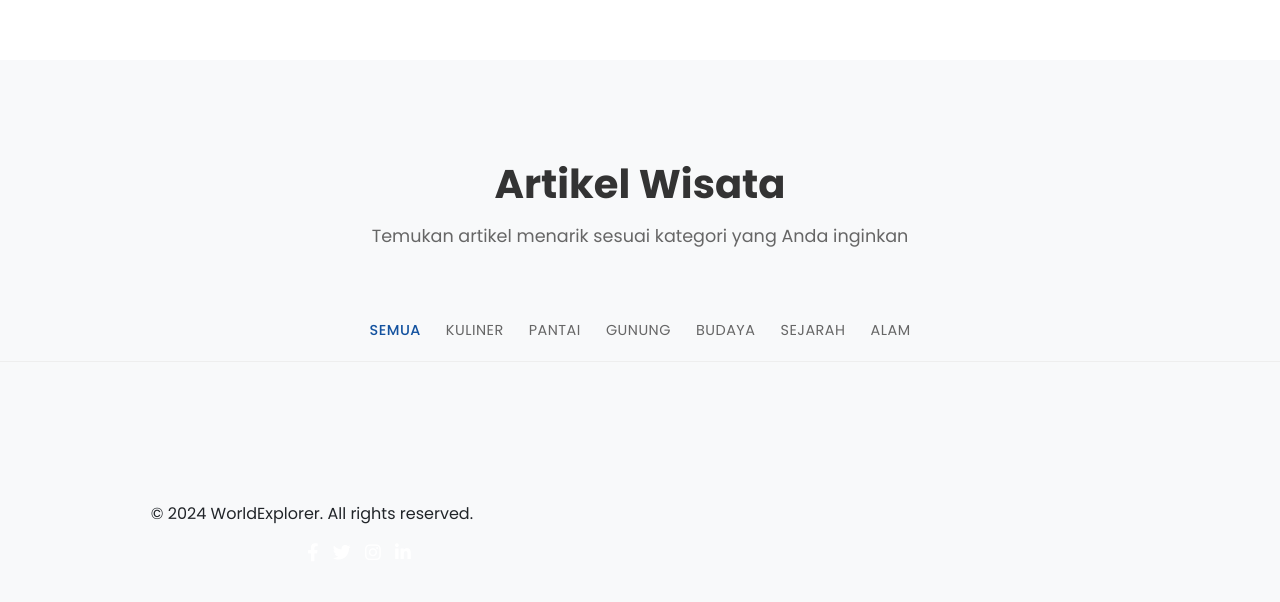
Repository: jalssonn/UAS_FRONTEND_NEW
Page: frontend/index.html
The author's editor kept a copy of each file at every save. The page is drawn from the files as they stood at one save, then again after the next save.
The browser window is 1280 px wide. The pictures show the part of the page from y = 3750 to 4352 px (the page is 4352 px tall before and 4336 px after).
A picture or video elsewhere on the page could not be fetched, so the positions and the page height are approximate. The page's requests for data from a server got no answer.

Above is the page before, as saved 2024-12-06 04:00:35.

### frontend/index.html
<!DOCTYPE html>
<html ng-app="articleApp">
<head>
    <title>WorldExplorer</title>
    <!-- Fonts -->
    <link href="https://fonts.googleapis.com/css2?family=Poppins:wght@400;500;600;700&display=swap" rel="stylesheet">

    <!-- Dependencies -->
    <script src="https://ajax.googleapis.com/ajax/libs/angularjs/1.8.2/angular.min.js"></script>
    <link href="https://cdn.jsdelivr.net/npm/bootstrap@5.1.3/dist/css/bootstrap.min.css" rel="stylesheet">
    <link rel="stylesheet" href="https://cdnjs.cloudflare.com/ajax/libs/font-awesome/5.15.4/css/all.min.css">

    <!-- Custom CSS -->
    <link rel="stylesheet" href="styles/main.css">
</head>
<body>
    <div ng-controller="ArticleController">
        <!-- Navbar -->
        <nav class="navbar navbar-expand-lg">
            <div class="container">
                <a class="navbar-brand" href="#">
                    <i class="fas fa-globe-asia me-2"></i>WorldExplorer
                </a>
                <div class="d-flex align-items-center">
                    <div ng-if="isLoggedIn()">
                        <a href="profile.html" class="btn btn-light me-2">
                            <i class="fas fa-user"></i> {{user.username}}
                        </a>
                        <a href="/admin/dashboard.html" class="btn btn-primary me-2" ng-if="user.role === 'admin'">
                            Admin Dashboard
                        </a>
                        <button class="btn btn-outline-light" ng-click="logout()">Logout</button>
                    </div>
                    <div ng-if="!isLoggedIn()">
                        <a href="login.html" class="btn btn-outline-light me-2">Login</a>
                        <a href="register.html" class="btn btn-light">Register</a>
                    </div>
                </div>
            </div>
        </nav>

        <!-- Hero Section with Carousel Background -->
        <div class="hero-section">
            <div class="carousel-background"
                 ng-repeat="image in backgroundImages"
                 ng-style="{'background-image': 'url(' + image + ')'}"
                 ng-class="{'active': $index === currentBackgroundIndex, 'prev': $index === prevBackgroundIndex}">
                <div class="overlay"></div>
            </div>

            <div class="hero-content">
                <h1>WorldExplorer</h1>
                <p>Temukan destinasi wisata impian Anda dari berbagai penjuru dunia</p>

                <!-- Search Box -->
                <div class="search-container">
                    <form ng-submit="searchArticles()" class="search-form">
                        <div class="search-wrapper">
                            <input type="text"
                                   ng-model="searchQuery"
                                   placeholder="Cari destinasi wisata impian Anda..."
                                   class="search-input"
                                   required>
                            <button type="submit" class="search-button">
                                <i class="fas fa-search"></i>
                            </button>
                        </div>
                    </form>
                </div>
            </div>
        </div>

        <!-- Why WorldExplorer Section -->
        <div class="why-aviatour-section">
            <h2 class="section-title">Why WorldExplorer</h2>

            <div class="features-container">
                <div class="feature-item">
                    <div class="feature-content">
                        <h3>Penyedia Perjalanan Terbaik</h3>
                        <p>Kami berkomitmen menjadikan setiap liburan Anda penuh cerita berharga...</p>
                    </div>
                    <div class="feature-image">
                        <img src="images/feature-1.jpg" alt="Penyedia Perjalanan Terbaik">
                    </div>
                </div>

                <div class="feature-item reverse">
                    <div class="feature-content">
                        <h3>Layanan Agen Berpengalaman</h3>
                        <p>Dengan jam terbang yang tinggi, tim kami siap memberikan solusi terbaik...</p>
                    </div>
                    <div class="feature-image">
                        <img src="images/feature-2.jpg" alt="Layanan Agen Berpengalaman">
                    </div>
                </div>

                <div class="feature-item">
                    <div class="feature-content">
                        <h3>Pelayanan Premium dan Personal</h3>
                        <p>Rasakan perbedaan dengan pelayanan terbaik dan personal yang kami tawarkan...</p>
                    </div>
                    <div class="feature-image">
                        <img src="images/feature-3.jpg" alt="Pelayanan Premium">
                    </div>
                </div>

                <div class="feature-item reverse">
                    <div class="feature-content">
                        <h3>Nikmati Liburan Tanpa Beban</h3>
                        <p>Rasakan kebebasan sejati saat berlibur! Dengan pelayanan menyeluruh di setiap aspek...</p>
                    </div>
                    <div class="feature-image">
                        <img src="images/feature-4.jpg" alt="Liburan Tanpa Beban">
                    </div>
                </div>
            </div>
        </div>

        <!-- Loading State -->
        <div ng-if="loading" class="loading-spinner">
            <i class="fas fa-spinner fa-spin fa-2x"></i>
            <p>Memuat artikel...</p>
        </div>

        <!-- Error Message -->
        <div ng-if="error" class="alert alert-danger">
            <i class="fas fa-exclamation-circle me-2"></i>{{error}}
        </div>

        <!-- Travel Tips Section -->
        <div class="travel-tips-section">
            <div class="section-header">
                <h2>Travel Tips</h2>
                <p>Kiat-kiat perjalanan untuk pengalaman wisata yang lebih baik</p>
            </div>

            <button class="travel-nav-btn prev" ng-click="prevTip()">
                <i class="fas fa-chevron-left"></i>
            </button>
            <button class="travel-nav-btn next" ng-click="nextTip()">
                <i class="fas fa-chevron-right"></i>
            </button>

            <div class="travel-tips-container">
                <div class="tip-card" ng-repeat="tip in travelTips">
                    <img ng-src="{{tip.image}}" alt="{{tip.title}}">
                    <div class="tip-content">
                        <h3 class="tip-title">{{tip.title}}</h3>
                        <a href="{{tip.link}}" class="tip-link">
                            SEE MORE <i class="fas fa-arrow-right"></i>
                        </a>
                    </div>
                </div>
            </div>
        </div>

        <!-- Filter Section -->
        <div class="filter-title-section">
            <h2>Artikel Wisata</h2>
            <p>Temukan artikel menarik sesuai kategori yang Anda inginkan</p>
        </div>

        <div class="filter-section">
            <div class="category-list">
                <button class="category-btn"
                        ng-class="{'active': filter.category === ''}"
                        ng-click="filterByCategory('')">
                    Semua
                </button>
                <button class="category-btn"
                        ng-repeat="category in categories"
                        ng-class="{'active': filter.category === category}"
                        ng-click="filterByCategory(category)">
                    {{category}}
                </button>
            </div>
        </div>

        <!-- Articles List -->
        <div class="article-container">
            <div class="article-card" ng-repeat="article in articles">
                <img ng-src="{{article.image}}" alt="{{article.title}}" class="article-image">
                <div class="article-content">
                    <h3 class="article-title">{{article.title}}</h3>
                    <p class="article-description">{{article.content | truncate:100}}</p>
                    <div class="article-meta">
                        <span class="category">
                            <i class="fas fa-tag"></i> {{article.category}}
                        </span>
                        <span class="country">
                            <i class="fas fa-globe"></i> {{article.country}}
                        </span>
                    </div>
                    <button class="read-more-btn" ng-click="readMore(article)">
                        Baca Selengkapnya
                    </button>
                </div>
            </div>
        </div>

        <!-- View More Articles -->
        <div class="view-more-container" ng-if="articles.length > 0">
            <button class="view-more-btn" ng-click="viewAllArticles()">
                View More Articles <i class="fas fa-arrow-right"></i>
            </button>
        </div>

        <!-- Footer Section -->
        <footer class="footer">
            <div class="container">
                <div class="row justify-content-center">
                    <div class="col-auto text-center">
                        <p>&copy; 2024 WorldExplorer. All rights reserved.</p>
                    </div>
                    <div class="col-md-6 text-md-end">
                        <ul class="social-links">
                            <li><a href="#" class="fab fa-facebook-f"></a></li>
                            <li><a href="#" class="fab fa-twitter"></a></li>
                            <li><a href="#" class="fab fa-instagram"></a></li>
                            <li><a href="#" class="fab fa-linkedin-in"></a></li>
                        </ul>
                    </div>
                </div>
            </div>
        </footer>

    </div>

    <script src="script.js"></script>
</body>
</html>

### frontend/styles/main.css
/* Layout & General Styles */
body {
    background-color: #f8f9fa;
    font-family: 'Poppins', sans-serif;
}

.content-wrapper {
    padding: 40px 0;
    background-color: #ffffff;
    min-height: 100vh;
}

.section-title {
    color: #1e3c72;
    font-weight: 700;
    margin-bottom: 2rem;
    text-align: center;
    position: relative;
    padding-bottom: 15px;
}

.section-title:after {
    content: '';
    position: absolute;
    bottom: 0;
    left: 50%;
    transform: translateX(-50%);
    width: 50px;
    height: 3px;
    background: #1e3c72;
}

/* Navbar Styling */
.navbar {
    background: linear-gradient(to right, #1e3c72, #2a5298) !important;
    box-shadow: 0 4px 6px rgba(0,0,0,0.1);
    padding: 1rem 0;
}

.navbar-brand {
    font-size: 1.5rem;
    font-weight: 700;
    color: white !important;
}

.navbar .btn {
    border-radius: 20px;
    padding: 8px 20px;
    transition: all 0.3s ease;
}

.navbar .btn-outline-primary {
    border-color: white;
    color: white !important;
}

.navbar .btn-outline-primary:hover {
    background-color: white;
    color: #1e3c72 !important;
}

/* Card Styling */
.card {
    border: none;
    border-radius: 15px;
    transition: all 0.3s ease;
    box-shadow: 0 4px 6px rgba(0,0,0,0.1);
    overflow: hidden;
}

.card:hover {
    transform: translateY(-5px);
    box-shadow: 0 8px 15px rgba(0,0,0,0.2);
}

.card-img-top {
    height: 200px;
    object-fit: cover;
    transition: transform 0.3s ease;
}

.card:hover .card-img-top {
    transform: scale(1.05);
}

.card-body {
    padding: 1.5rem;
}

.card-title {
    color: #1e3c72;
    font-weight: 600;
    margin-bottom: 1rem;
}

/* Category Badge */
.category-badge {
    background: linear-gradient(to right, #1e3c72, #2a5298);
    color: white;
    padding: 6px 15px;
    border-radius: 20px;
    font-size: 0.85em;
    font-weight: 500;
    display: inline-block;
    margin-bottom: 12px;
    box-shadow: 0 2px 4px rgba(30,60,114,0.2);
}

/* Filter Section */
.filter-card {
    background: white;
    border-radius: 15px;
    padding: 20px;
    margin-bottom: 30px;
    margin-top: 100px;
    box-shadow: 0 4px 6px rgba(0,0,0,0.05);
}

.form-select {
    border-radius: 10px;
    padding: 10px;
    border-color: #e0e0e0;
}

.form-select:focus {
    border-color: #1e3c72;
    box-shadow: 0 0 0 0.2rem rgba(30,60,114,0.25);
}



/* Loading State */
.loading-spinner {
    text-align: center;
    padding: 40px;
    color: #1e3c72;
}

/* Error Message */
.alert-danger {
    border-radius: 10px;
    border: none;
    background-color: #fff5f5;
    color: #dc3545;
    padding: 15px 20px;
}

/* Responsive Adjustments */
@media (max-width: 768px) {
    .card-img-top {
        height: 180px;
    }

    .content-wrapper {
        padding: 20px 0;
    }

    .section-title {
        font-size: 1.5rem;
    }
}

/* Container untuk grid artikel */
.article-container {
    display: grid;
    grid-template-columns: repeat(3, 1fr); /* 3 kolom dengan lebar yang sama */
    gap: 20px;
    padding: 60px;
}

/* Style untuk setiap card artikel */
.article-card {
    background: white;
    border-radius: 15px;
    overflow: hidden;
    box-shadow: 0 4px 15px rgba(0, 0, 0, 0.1);
    transition: transform 0.3s ease;
    margin-bottom: 20px;
}

.article-card:hover {
    transform: translateY(-5px);
}

.article-image {
    width: 100%;
    height: 200px;
    object-fit: cover;
}

.article-content {
    padding: 20px;
}

.article-title {
    font-size: 1.2rem;
    font-weight: 600;
    margin-bottom: 10px;
    color: #333;
}

.article-description {
    font-size: 0.9rem;
    color: #666;
    line-height: 1.5;
    margin-bottom: 15px;
}

.article-meta {
    display: flex;
    gap: 15px;
    margin-bottom: 15px;
    font-size: 0.85rem;
    color: #666;
}

.article-meta span {
    display: flex;
    align-items: center;
    gap: 5px;
}

.article-meta i {
    color: #2196F3;
}

.read-more-btn {
    background: linear-gradient(45deg, #2196F3, #00BCD4);
    color: white;
    border: none;
    padding: 8px 15px;
    border-radius: 20px;
    font-size: 0.9rem;
    cursor: pointer;
    transition: all 0.3s ease;
}

.read-more-btn:hover {
    background: linear-gradient(45deg, #1976D2, #0097A7);
    transform: translateY(-2px);
}

/* Responsive design */
@media (max-width: 768px) {
    .article-image {
        height: 150px;
    }

    .article-content {
        padding: 15px;
    }

    .article-title {
        font-size: 1.1rem;
    }
}

/* Hero Section dengan Slide Carousel */
.hero-section {
    position: relative;
    min-height: 100vh;
    display: flex;
    align-items: center;
    justify-content: center;
    overflow: hidden;
}

.carousel-background {
    position: absolute;
    top: 0;
    left: 0;
    width: 100%;
    height: 100%;
    background-size: cover;
    background-position: center;
    opacity: 0;
    transition: all 1s ease;
    transform: translateX(100%);
}

.carousel-background.active {
    opacity: 1;
    transform: translateX(0);
}

.carousel-background.prev {
    opacity: 1;
    transform: translateX(-100%);
}

.overlay {
    position: absolute;
    top: 0;
    left: 0;
    width: 100%;
    height: 100%;
    background: rgba(44, 44, 84, 0.7);
}

.hero-content {
    position: relative;
    z-index: 2;
    text-align: center;
    max-width: 800px;
    padding: 0 20px;
    color: white;
}
.hero-content h1 {
    font-size: 3rem;
    font-weight: 700; /* Ubah font-weight menjadi lebih tebal */
    color: white;
    margin-bottom: 20px;
}

.hero-content p {
    font-size: 1.2rem;
    font-weight: 500; /* Sesuaikan font-weight untuk paragraf */
    color: white;
}

/* Tambahkan indikator dots */
.carousel-dots {
    position: absolute;
    bottom: 20px;
    left: 50%;
    transform: translateX(-50%);
    display: flex;
    gap: 10px;
    z-index: 3;
}

.dot {
    width: 10px;
    height: 10px;
    border-radius: 50%;
    background: rgba(255, 255, 255, 0.5);
    cursor: pointer;
    transition: all 0.3s ease;
}

.dot.active {
    background: white;
    transform: scale(1.2);
}

/* Search Box Styling */
.search-container {
    width: 100%;
    max-width: 600px;
    margin: 2rem auto;
    padding: 0 20px;
}

/* Wrapper untuk efek hover */
.search-wrapper {
    position: relative;
    display: flex;
    align-items: center;
    background: rgba(255, 255, 255, 0.95);
    border-radius: 50px;
    padding: 5px;
    box-shadow: 0 4px 15px rgba(0, 0, 0, 0.2);
    transition: all 0.3s ease;
}

.search-wrapper:hover {
    transform: translateY(-2px);
    box-shadow: 0 8px 25px rgba(0, 0, 0, 0.3);
}

/* Input pencarian */
.search-input {
    width: 100%;
    padding: 15px 25px;
    font-size: 1.1rem;
    border: none;
    background: transparent;
    color: #333;
    outline: none;
    transition: all 0.3s ease;
}

.search-input::placeholder {
    color: #888;
    transition: all 0.3s ease;
}

.search-input:focus::placeholder {
    opacity: 0.5;
}

/* Tombol submit */
.search-button {
    background: linear-gradient(45deg, #2196F3, #00BCD4);
    border: none;
    width: 50px;
    height: 50px;
    border-radius: 50%;
    display: flex;
    align-items: center;
    justify-content: center;
    cursor: pointer;
    transition: all 0.3s ease;
    margin-right: 5px;
}

.search-button:hover {
    transform: rotate(360deg);
    background: linear-gradient(45deg, #1976D2, #0097A7);
}

.search-button i {
    color: white;
    font-size: 1.2rem;
}

/* Animasi loading saat pencarian */
.search-wrapper.loading .search-button {
    animation: pulse 1.5s infinite;
}

@keyframes pulse {
    0% {
        transform: scale(1);
    }
    50% {
        transform: scale(1.1);
    }
    100% {
        transform: scale(1);
    }
}

/* Responsive design */
@media (max-width: 768px) {
    .search-container {
        max-width: 100%;
        padding: 0 15px;
    }

    .search-input {
        font-size: 1rem;
        padding: 12px 20px;
    }

    .search-button {
        width: 45px;
        height: 45px;
    }
}

/* Efek focus */
.search-wrapper:focus-within {
    box-shadow: 0 0 0 3px rgba(33, 150, 243, 0.3);
}

/* Animasi ketika form muncul */
.search-container {
    animation: slideDown 0.5s ease-out;
}

@keyframes slideDown {
    from {
        opacity: 0;
        transform: translateY(-20px);
    }
    to {
        opacity: 1;
        transform: translateY(0);
    }
}

/* Reset default margin/padding */
body, html {
    margin: 0;
    padding: 0;
    height: 100%;
}

/* Responsive Design */
@media (max-width: 768px) {
    .hero-content h1 {
        font-size: 2.5rem;
    }

    .hero-content p {
        font-size: 1rem;
    }

    .search-input {
        padding: 15px 50px;
        font-size: 1rem;
    }
}

/* Filter Section Styling */
.filter-section {
    padding: 15px 0;
    border-bottom: 1px solid #eee;
    text-align: center;
    margin-top: 50px;
}

.category-list {
    max-width: 1200px;
    margin: 0 auto;
    padding: 0 20px;
    display: flex;
    gap: 25px;
    align-items: center;
    justify-content: center;
}

.category-btn {
    background: none;
    border: none;
    padding: 5px 0;
    color: #666;
    font-size: 0.9rem;
    cursor: pointer;
    transition: color 0.3s ease;
    text-transform: uppercase;
    letter-spacing: 0.5px;
}

.category-btn:hover {
    color: #13529f;
}

.category-btn.active {
    color: #13529f;;
    font-weight: 500;
}

/* Styling untuk judul */
.filter-title-section {
    text-align: center;
    margin-bottom: 30px;
    margin-top: 100px;
}

.filter-title-section h2 {
    font-size: 2.5rem;  /* Ukuran font diperbesar */
    color: #333;
    margin-bottom: 15px;
    font-weight: 700;   /* Font weight ditambah */
}

.filter-title-section p {
    color: #666;
    font-size: 1.1rem;  /* Ukuran font deskripsi diperbesar sedikit */
    font-weight: 400;   /* Font weight normal untuk deskripsi */
}

/* View More Button Styling */
.view-more-container {
    text-align: center;
    margin: 40px 0;
    padding: 20px;
}

.view-more-btn {
    background: linear-gradient(45deg, #2196F3, #00BCD4);
    color: white;
    border: none;
    padding: 12px 30px;
    border-radius: 25px;
    font-size: 1rem;
    cursor: pointer;
    transition: all 0.3s ease;
    box-shadow: 0 4px 15px rgba(0, 0, 0, 0.1);
    display: inline-flex;
    align-items: center;
    gap: 10px;
}

.view-more-btn:hover {
    background: linear-gradient(45deg, #1976D2, #0097A7);
    transform: translateY(-2px);
    box-shadow: 0 6px 20px rgba(0, 0, 0, 0.15);
}

.view-more-btn i {
    transition: transform 0.3s ease;
}

.view-more-btn:hover i {
    transform: translateX(5px);
}

/* Pagination */
.pagination {
    justify-content: center;
}

.pagination .page-link {
    color: #1e3c72;
    border: none;
    padding: 10px 15px;
    margin: 0 5px;
    border-radius: 5px;
    transition: all 0.3s ease;
}

.pagination .page-link:hover {
    background-color: #e9ecef;
}

.pagination .active .page-link {
    background-color: #1e3c72;
    color: white;
}

/* Back Button in Navbar */
.back-button {
    background: none;
    color: white;
    border: none;
    padding: 8px 16px;
    border-radius: 8px;
    font-size: 16px;
    cursor: pointer;
    transition: all 0.3s ease;
    display: inline-flex;
    align-items: center;
    gap: 8px;
    margin-right: auto; /* Agar tombol berada di sebelah kiri */
}

.back-button:hover {
    background: rgba(255, 255, 255, 0.1);
}

/* Travel Tips Section */
.travel-tips-section {
    position: relative;
    padding: 80px 60px;
    background-color: #ffffff;
    overflow: hidden;
}

.section-header {
    text-align: center;
    margin-bottom: 50px;
}

.section-header h2 {
    font-size: 2.5rem;
    color: #1e3c72;
    margin-bottom: 15px;
    font-weight: 700;
}

.section-header p {
    color: #666;
    font-size: 1.1rem;
}

.travel-tips-container {
    position: relative;
    overflow: hidden;
    display: flex;
    gap: 20px;
    max-width: 1200px;
    margin: 0 auto;
    overflow-x: auto;
    padding: 20px 0;
    scrollbar-width: none; /* Firefox */
    -ms-overflow-style: none; /* IE and Edge */
}

.travel-tips-container::-webkit-scrollbar {
    display: none; /* Chrome, Safari and Opera */
}

.tip-card {
    min-width: 300px;
    height: 400px;
    position: relative;
    border-radius: 15px;
    overflow: hidden;
    flex-shrink: 0;
}

.tip-card img {
    width: 100%;
    height: 100%;
    object-fit: cover;
    transition: transform 0.3s ease;
}

.tip-card:hover img {
    transform: scale(1.05);
}

.tip-content {
    position: absolute;
    bottom: 0;
    left: 0;
    right: 0;
    padding: 20px;
    background: linear-gradient(to top, rgba(0,0,0,0.8), transparent);
    color: white;
}

.tip-title {
    font-size: 1.5rem;
    font-weight: 700;
    margin-bottom: 10px;
    text-transform: uppercase;
}

.tip-link {
    color: white;
    text-decoration: none;
    font-weight: 500;
    display: inline-flex;
    align-items: center;
    gap: 5px;
    transition: all 0.3s ease;
}

.tip-link:hover {
    gap: 10px;
}

@media (max-width: 768px) {
    .travel-tips-section {
        padding: 40px 20px;
    }

    .section-header h2 {
        font-size: 2rem;
    }

    .tip-card {
        min-width: 250px;
        height: 350px;
    }
}

/* Tambahkan style untuk tombol navigasi */
.travel-nav-btn {
    position: absolute;
    top: 50%;
    transform: translateY(-50%);
    width: 40px;
    height: 40px;
    border-radius: 50%;
    background: rgba(255, 255, 255, 0.9);
    border: none;
    cursor: pointer;
    display: flex;
    align-items: center;
    justify-content: center;
    box-shadow: 0 2px 10px rgba(0,0,0,0.1);
    z-index: 10;
    transition: all 0.3s ease;
}

.travel-nav-btn:hover {
    background: white;
    box-shadow: 0 4px 15px rgba(0,0,0,0.2);
    transform: translateY(-50%) scale(1.1);
}

.travel-nav-btn.prev {
    left: 20px;
}

.travel-nav-btn.next {
    right: 20px;
}

.travel-nav-btn i {
    color: #1e3c72;
    font-size: 1.2rem;
}

@media (max-width: 768px) {
    .travel-nav-btn {
        width: 35px;
        height: 35px;
    }

    .travel-nav-btn.prev {
        left: 10px;
    }

    .travel-nav-btn.next {
        right: 10px;
    }
}

/* Why AVIATOUR Section */
.why-aviatour-section {
    padding: 80px 0;
    background: #fff;
}

.section-title {
    text-align: center;
    font-size: 2.5rem;
    font-weight: 700;
    color: #333;
    margin-bottom: 60px;
}

.features-container {
    max-width: 1200px;
    margin: 0 auto;
    padding: 0 20px;
}

.feature-item {
    display: flex;
    align-items: center;
    margin-bottom: 80px;
    gap: 50px;
}

.feature-item.reverse {
    flex-direction: row-reverse;
}

.feature-content {
    flex: 1;
}

.feature-content h3 {
    font-size: 1.8rem;
    font-weight: 600;
    color: #333;
    margin-bottom: 20px;
}

.feature-content p {
    font-size: 1.1rem;
    line-height: 1.6;
    color: #666;
}

.feature-image {
    flex: 1;
    border-radius: 10px;
    overflow: hidden;
    box-shadow: 0 10px 30px rgba(0,0,0,0.1);
}

.feature-image img {
    width: 100%;
    height: 400px;
    object-fit: cover;
    transition: transform 0.3s ease;
}

.feature-image img:hover {
    transform: scale(1.05);
}

/* Responsive Design */
@media (max-width: 768px) {
    .feature-item,
    .feature-item.reverse {
        flex-direction: column;
        gap: 30px;
    }

    .feature-content {
        text-align: center;
    }

    .feature-image img {
        height: 300px;
    }
}
.footer {
    position: relative;
    bottom: 0;
    width: 100%;
    padding: 20px 0;
    background-color: #f8f9fa;
    text-align: center;
}

.footer .container {
    display: flex;
    justify-content: space-between;
    align-items: center;
}

.footer .social-links {
    list-style: none;
    padding: 0;
}

.footer .social-links li {
    display: inline-block;
    margin-right: 10px;
}

.footer .social-links a {
    color: #fff;
    font-size: 18px;
    text-decoration: none;
}

.footer .social-links a:hover {
    color: #007bff;
}

Loaded but not shown: frontend/script.js (216 lines, source omitted)

After the next save:
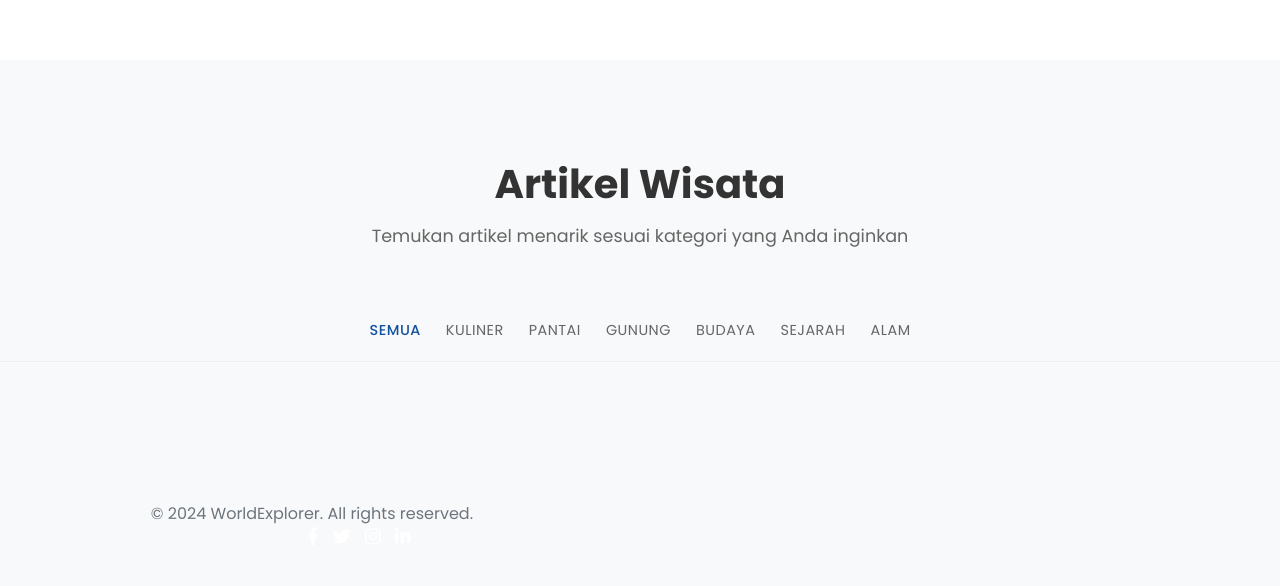
Saved 18 s later.
--- a/frontend/styles/main.css
+++ b/frontend/styles/main.css
@@ -908,3 +908,7 @@ body, html {
 .footer .social-links a:hover {
     color: #007bff;
 }
+.footer p {
+    margin: 0;
+    color: #6c757d;
+}
